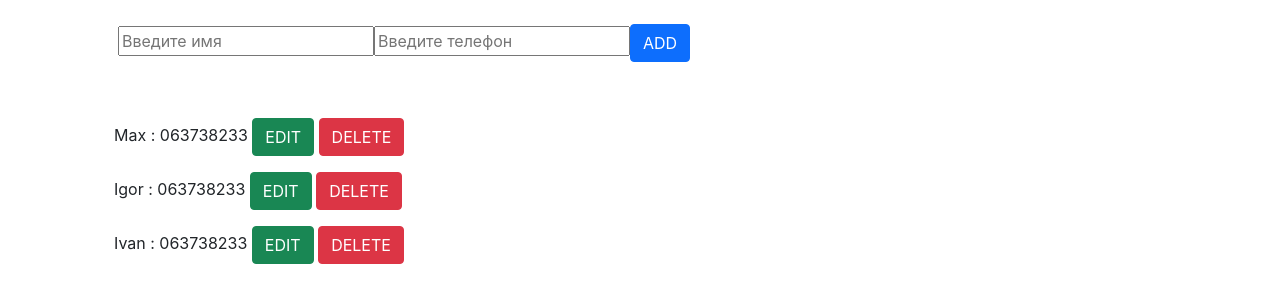
Repository: tsydikov/phone_book
Page: /
These files come from the project's save history. The page is drawn as it stood at one moment and after the next save; the edit follows.
The browser window is 1280 px wide. The pictures show the whole page.
The project was rebuilt for these pictures with package versions that can differ from the ones it lists, and the page was loaded fresh each time. Also part of the build but not shown: src/App.css, src/components/Update.jsx.

Above is the page before, as saved 2021-10-07 22:11:46.

After the next save:
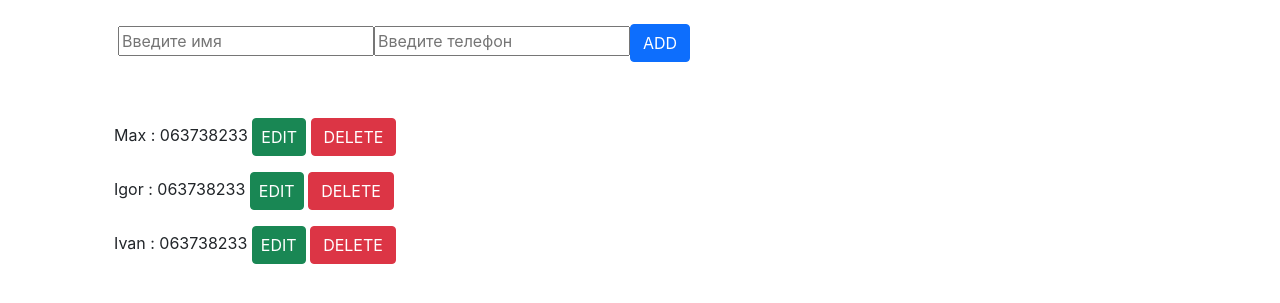
Saved 88 s later.
--- a/src/components/PhoneItem.jsx
+++ b/src/components/PhoneItem.jsx
@@ -13,7 +13,7 @@
       <Row>
         <Col className="p-2">
           {phone.name} : {phone.phoneNamber}{" "}
-          <Button variant="success" onClick={() => editItem(phone.id)}>
+          <Button variant="success" className="px-2" onClick={() => editItem(phone.id)}>
             EDIT
           </Button>{" "}
           <Button variant="danger" onClick={deletePhoneBookItem}>

After the save that followed:
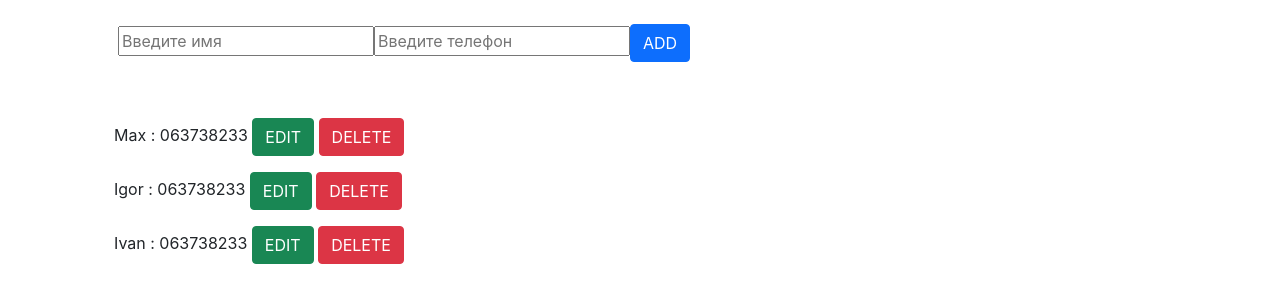
Saved 7 s later.
--- a/src/components/PhoneItem.jsx
+++ b/src/components/PhoneItem.jsx
@@ -13,7 +13,7 @@
       <Row>
         <Col className="p-2">
           {phone.name} : {phone.phoneNamber}{" "}
-          <Button variant="success" className="px-2" onClick={() => editItem(phone.id)}>
+          <Button variant="success" className="x-2" onClick={() => editItem(phone.id)}>
             EDIT
           </Button>{" "}
           <Button variant="danger" onClick={deletePhoneBookItem}>
